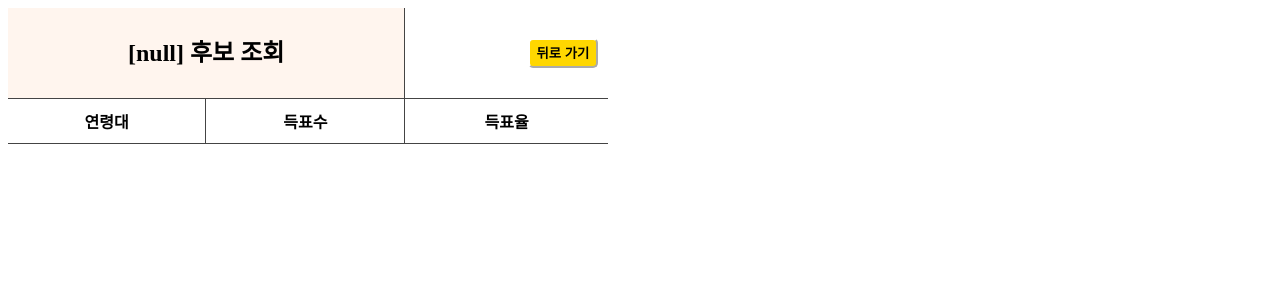
Repository: noheul1030/KOPO-HTML
Page: http://localhost/Tupyo/Tupyo/oneviewDB.jsp
The author's editor kept a copy of each file at every save. The page is drawn from the files as they stood at one save, then again after the next save.
The browser window is 1280 px wide. The pictures show the whole page.
The page is served by Tomcat 9. Queries for data that is not in the repository find no rows.

Above is the page before, as saved 2023-06-04 09:21:22.

### Tupyo/src/main/webapp/Tupyo/oneviewDB.jsp
<meta http-equiv = "Content-Type" content = "text/html; charset = utf-8" />
<%@ page contentType="text/html; charset=UTF-8" %>
<%@ page import="java.util.*" %> <!--java import-->
<%@ page import="java.io.*"%> <!--java import-->
<%@ page import="java.sql.*"%> <!--java import-->
<html>
	<head>
		<title>투표 B_02_H.jsp</title>
		<style>
    		table {
    			text-align: center;
   				border: 0;
   				solid black;
   				width: 600px;
   				border-collapse: collapse;
   				cellspacing="1"}
    		th, td {
		    border-bottom: 1px solid #444444;
		    border-left: 1px solid #444444;
		    padding: 10px;
			}
			th:first-child, td:first-child {
			  border-left: none;
			}
    		a {text-decoration-line: none;  color: #696969;}

    		h1,h2,h4 {margin-top: 15px; text-align: center;}
    		.fourth {
			  background: gold;
			  border-color: white;
			  color: black;
			  background-image: linear-gradient(45deg, yellow 50%, transparent 50%);
			  background-position: 100%;
			  background-size: 400%;
			  transition: background 300ms ease-in-out;
			  border-radius: 5px;
			}

			.fourth:hover {
			  background-position: 0;
			}
			select{
				width: 70px; height: 20px; padding: 0px;font-weight: bold;
			}
    	</style>
	</head>
	<body>
<%
		//key값 저장
		String key = request.getParameter("key");

		// DB연동
        Class.forName("com.mysql.jdbc.Driver");
		//Connection conn = DriverManager.getConnection("jdbc:mysql://192.168.23.60:3307/kopo11","root","shdmf1030@");
		Connection conn = DriverManager.getConnection("jdbc:mysql://localhost:3306/noheul","root","shdmf1030@");
        Statement stmt = conn.createStatement();

    	// key값 으로 찾는 쿼리문
        String query = String.format("SELECT age AS 연령대,COUNT(age) AS 득표수,COUNT(age) / (SELECT COUNT(*) FROM TupyoDB) * 100 AS 득표율"
        		+ " FROM TupyoDB"
        		+ " WHERE hubo = ? AND age IS NOT NULL"
        		+ " GROUP BY age"
        		+ " ORDER BY age asc;",key);

        PreparedStatement pstmt = conn.prepareStatement(query);
      	pstmt.setString(1, key);

        ResultSet rset = pstmt.executeQuery();
%>
		<table>
			<tr>
				<td colspan = 2 bgcolor = #fff5ee colspan = "3"><h2 align = left>[<%=key%>] 후보 조회</h2></td><!--해당 key값 head text 크기 1-->
				<td align = right>
				<input class="fourth" type="submit" value="뒤로 가기" style="width: 70px; height: 30px; padding: 0px;font-weight: bold;" formaction = 'B_01_H.jsp'></td>
			</tr>
			<tr>
				<td><b>연령대</b></td> <td><b>득표수</b></td> <td><b>득표율</b></td>
			</tr>

<%			while(rset.next()){ %>
			<tr>
				<td><%=rset.getString(1)%></td>
				<td><%=rset.getInt(2)%></td>
				<td><%=rset.getFloat(3)%></td>
			</tr>
<%			} %>
		</table>
	</body>
</html>

After the next save:
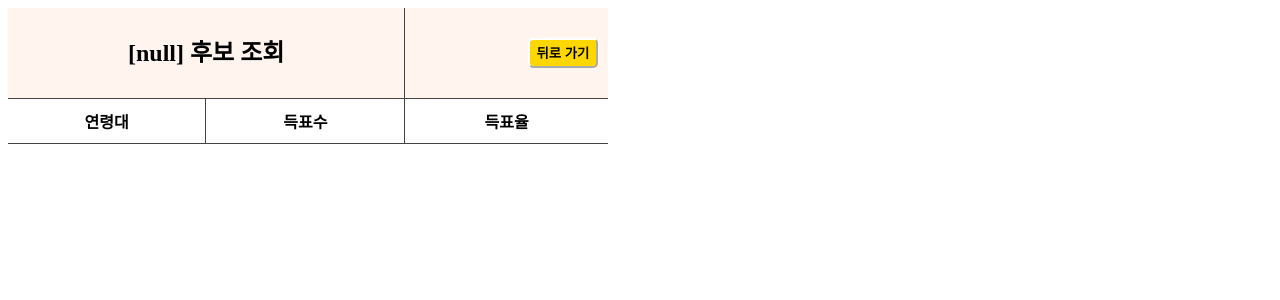
Saved 26 s later.
--- a/Tupyo/src/main/webapp/Tupyo/oneviewDB.jsp
+++ b/Tupyo/src/main/webapp/Tupyo/oneviewDB.jsp
@@ -70,7 +70,7 @@
 		<table>
 			<tr>
 				<td colspan = 2 bgcolor = #fff5ee colspan = "3"><h2 align = left>[<%=key%>] 후보 조회</h2></td><!--해당 key값 head text 크기 1-->
-				<td align = right>
+				<td align = right bgcolor = #fff5ee>
 				<input class="fourth" type="submit" value="뒤로 가기" style="width: 70px; height: 30px; padding: 0px;font-weight: bold;" formaction = 'B_01_H.jsp'></td>
 			</tr>
 			<tr>
